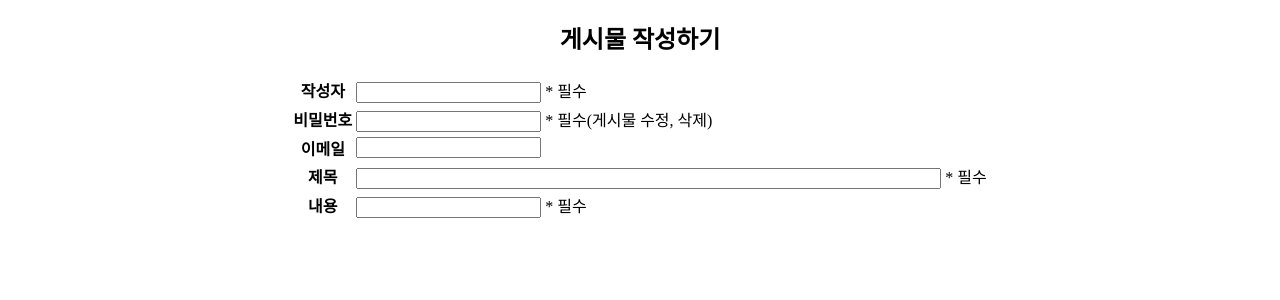
Repository: angwanghyeon/eclipse
Page: http://localhost/sec11/board/boardWrite.jsp
The author's editor kept a copy of each file at every save. The page is drawn from the files as they stood at one save, then again after the next save.
The browser window is 1280 px wide. The pictures show the whole page.
The page is served by Tomcat 9.

Above is the page before, as saved 2023-09-06 01:31:16.

After the next save:
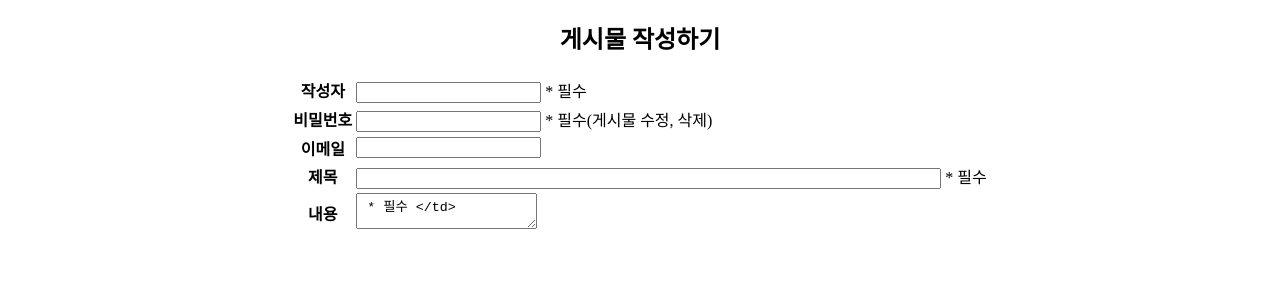
Saved 16 s later.
--- a/sec11/src/main/webapp/board/boardWrite.jsp
+++ b/sec11/src/main/webapp/board/boardWrite.jsp
@@ -30,7 +30,7 @@
 			 </tr>
 			 <tr>
 				<th>내용</th>
-				<td><input type="text" name="name"> * 필수 </td>
+				<td><textarea name="content"> * 필수 </td>
 			 </tr>
 		 </table>
 		</form>
